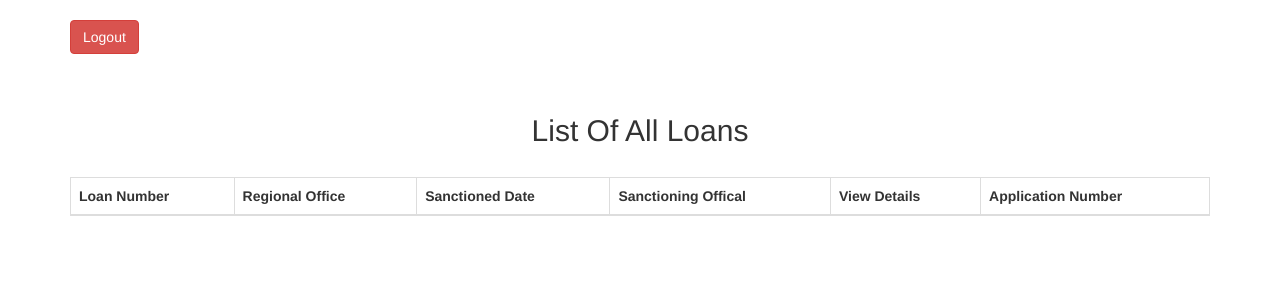
Repository: Bayvao/E-Loan-Project
Page: http://localhost/E-Loan-Project/WEB-INF/views/loan-list.jsp
The author's editor kept a copy of each file at every save. The page is drawn from the files as they stood at one save, then again after the next save.
The browser window is 1280 px wide. The pictures show the whole page.
The page is served by Tomcat 9. Nobody is signed in. Other server files are loaded and not shown. The template is opened directly, without the code that normally fills it, so the values that code supplies are empty.

Above is the page before, as saved 2020-07-24 15:10:54.

### E-Loan-Project/src/main/webapp/WEB-INF/views/loan-list.jsp
<%@ taglib prefix="form" uri="http://www.springframework.org/tags/form"%>
<%@ taglib prefix="security"
	uri="http://www.springframework.org/security/tags"%>
<%@ taglib prefix="c" uri="http://java.sun.com/jsp/jstl/core"%>

<!DOCTYPE html>
<html lang="en">
<head>
<title>Pending List</title>

<meta charset="utf-8">
<meta name="viewport" content="width=device-width, initial-scale=1">
<link rel="stylesheet"
	href="https://maxcdn.bootstrapcdn.com/bootstrap/3.4.1/css/bootstrap.min.css">
<script
	src="https://ajax.googleapis.com/ajax/libs/jquery/3.5.1/jquery.min.js"></script>
<script
	src="https://maxcdn.bootstrapcdn.com/bootstrap/3.4.1/js/bootstrap.min.js"></script>


<style>
caption {
	text-align: center;
}
h2 {
	text-align: center;
}
</style>
</head>
<body>

	<div class="container">
		<br />

		<!-- Add a logout button -->
		<form:form action="${pageContext.request.contextPath}/logout"
			method="POST">

			<input type="submit" class="btn btn-danger" value="Logout" />

		</form:form>


		<br />
		<!-- display user name and role -->

		<p>

			<security:authorize access="isAuthenticated()">
        User: <security:authentication property="principal.username" />
        | Role: <security:authentication
					property="principal.authorities" />
			</security:authorize>

			<br />
			<div>
			<h2>List Of All Loans</h2>
			</div>
			<br/>

		<table class="table table-bordered table-hover">
			<thead>
				<tr>
					<th scope="col">Loan Number</th>
					<th scope="col">Regional Office</th>
					<th scope="col">Sanctioned Date</th>
					<th scope="col">Sanctioning Offical</th>
					<th scope="col">View Details</th>
					<th scope="col">Application Number</th>
				</tr>
			</thead>
			<tbody>
				<c:forEach items="${listPendingLoan}" var="pLoan">
					<tr>
						<td scope="row">${pLoan.loan.loanId}</td>
						<td>${pLoan.loan.loanType}</td>
						<td>${pLoan.loan.loanAmount}</td>
						<td>${pLoan.loan.loanDate}</td>
						<td><a
							href="${pageContext.request.contextPath}/manager/detailView?id=${pLoan.statusId}">View
								Details</a></td>
						<td><a
							href="${pageContext.request.contextPath}/manager/approveLoan?id=${pLoan.statusId}">Approve</a>
							| <a
							href="${pageContext.request.contextPath}/manager/rejectLoan?id=${pLoan.statusId}">Reject</a>

						</td>
					</tr>
				</c:forEach>
			</tbody>
		</table>
	</div>
</body>
</html>

After the next save:
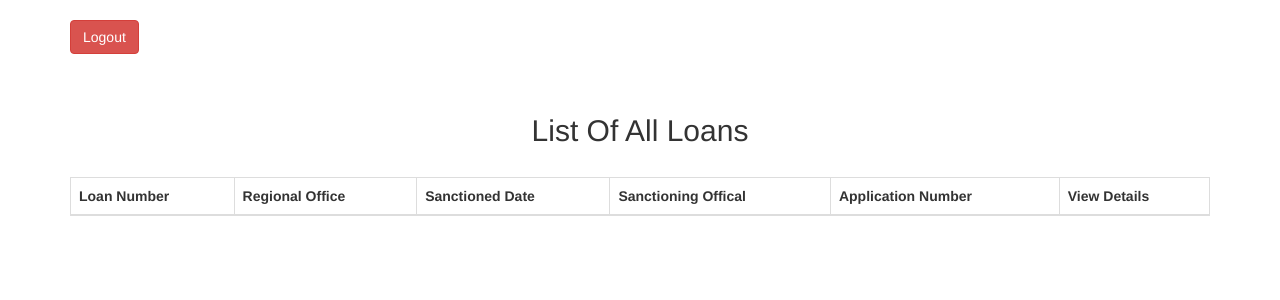
Saved 6 s later.
--- a/E-Loan-Project/src/main/webapp/WEB-INF/views/loan-list.jsp
+++ b/E-Loan-Project/src/main/webapp/WEB-INF/views/loan-list.jsp
@@ -65,8 +65,9 @@ h2 {
 					<th scope="col">Regional Office</th>
 					<th scope="col">Sanctioned Date</th>
 					<th scope="col">Sanctioning Offical</th>
+					<th scope="col">Application Number</th>
 					<th scope="col">View Details</th>
-					<th scope="col">Application Number</th>
+
 				</tr>
 			</thead>
 			<tbody>
